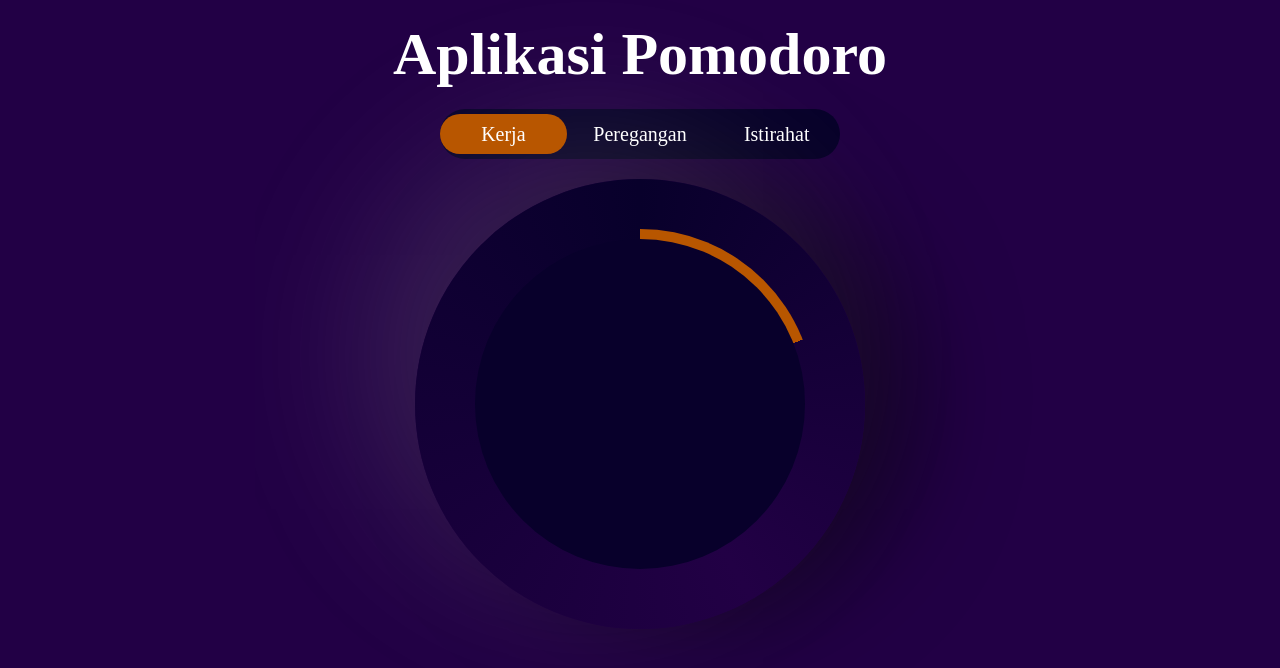
Repository: sellayspy/aplikasiPomodoro
Page: /
An editor plug-in stored every save of this project. The page is shown before and after the next save, followed by the edit.
The browser window is 1280 px wide. The pictures show the whole page.
The project was rebuilt for these pictures with package versions that can differ from the ones it lists, and the page was loaded fresh each time. Also part of the build but not shown: vite.config.js.

Above is the page before, as saved 2024-11-25 14:14:17.

### index.html
<!DOCTYPE html>
<html lang="en">
  <head>
    <meta charset="UTF-8" />
    <link rel="icon" type="image/svg+xml" href="/vite.svg" />
    <meta name="viewport" content="width=device-width, initial-scale=1.0" />
    <title>Aplikasi Pomodoro</title>
  </head>
  <body>
    <div id="root"></div>
    <script type="module" src="/src/main.jsx"></script>
  </body>
</html>

### src/main.jsx
import { StrictMode } from "react";
import { createRoot } from "react-dom/client";
import { createGlobalStyle, ThemeProvider } from "styled-components";
import App from "./App.jsx";

const GlobalStyle = createGlobalStyle`

*{
  margin: 0;
  padding: 0;
  box-sizing: border-box;
}

  html,body{
    background-color: ${(props) => props.theme.colors.bg};;
    font-size: 62.5%;
  }

  body{
    font-size: 1.6rem;
    color: white;
  }

`;

const theme = {
  colors: {
    primary: "#b85600",
    secondary: "#08002b",
    bg: "#220045",
  },
};

createRoot(document.getElementById("root")).render(
  <StrictMode>
    <ThemeProvider theme={theme}>
      <GlobalStyle />
      <App />
    </ThemeProvider>
  </StrictMode>
);

### src/App.jsx
import styled from "styled-components";
import Judul from "./components/Judul";
import Timer from "./components/Timer";

function App() {
  return (
    <>
      <Title>Aplikasi Pomodoro</Title>
      <Judul />
      <Timer />
    </>
  );
}

export default App;

const Title = styled.h1`
  font-size: 6rem;
  padding: 2rem 0;
  text-align: center;
`;

### src/components/Judul.jsx
import styled, { css } from "styled-components";
import { useState } from "react";

const Judul = () => {
  const [active, setActive] = useState(0);

  const handleJudulClick = (index) => {
    setActive(index);
  };
  return (
    <JudulContainer>
      {["Kerja", "Peregangan", "Istirahat"].map((tag, i) => (
        <Tag onClick={() => handleJudulClick(i)} active={active === i} key={i}>
          {tag}
        </Tag>
      ))}
    </JudulContainer>
  );
};

export default Judul;

const JudulContainer = styled.div`
  background: ${(props) => props.theme.colors.secondary};
  height: 5rem;
  width: 40rem;
  margin: 0 auto;
  border-radius: 5rem;
  display: flex;
  gap: 1rem;
  align-items: center;
`;

const Tag = styled.button`
  all: unset;
  height: 4rem;
  text-align: center;
  border-radius: 5rem;
  flex: 1;
  font-size: 2rem;

  ${({ active }) =>
    active &&
    css`
      background: ${(props) => props.theme.colors.primary};
    `}
`;

### src/components/Timer.jsx
import styled from "styled-components";
import TimerProgress from "./TimerProgress";

const Timer = () => {
  return (
    <TimerContainer>
      <TimerProgress />
    </TimerContainer>
  );
};

export default Timer;

const TimerContainer = styled.div`
  background: conic-gradient(
    ${(props) => props.theme.colors.secondary},
    ${(props) => props.theme.colors.bg} 150deg,
    ${(props) => props.theme.colors.secondary}
  );

  width: 45rem;
  height: 45rem;

  margin: 2rem auto;
  border-radius: 50%;
  display: grid;
  place-items: center;
  box-shadow: -50px -50px 150px rgba(158, 158, 158, 0.2),
    50px -10px 100px rgba(0, 0, 0, 0.5);
`;

### src/components/TimerProgress.jsx
import { useState } from "react";
import { RiProgress1Fill } from "react-icons/ri";
import styled from "styled-components";

const TimerProgress = () => {
  const [progress, setProgress] = useState(19);

  return (
    <OuterCircle progress={progress}>
      <InnerCircle></InnerCircle>
    </OuterCircle>
  );
};

export default TimerProgress;

const OuterCircle = styled.div`
  width: 35rem;
  height: 35rem;

  border-radius: 50%;
  display: grid;
  place-items: center;
  background: conic-gradient(
    ${(props) => props.theme.colors.primary} ${({ progress }) => progress}%,
    transparent ${({ progress }) => progress}%
  );
`;

const InnerCircle = styled.div`
  width: 33rem;
  height: 33rem;
  background: ${(props) => props.theme.colors.secondary};

  border-radius: 50%;
  display: grid;
  place-items: center;
`;

After the next save:
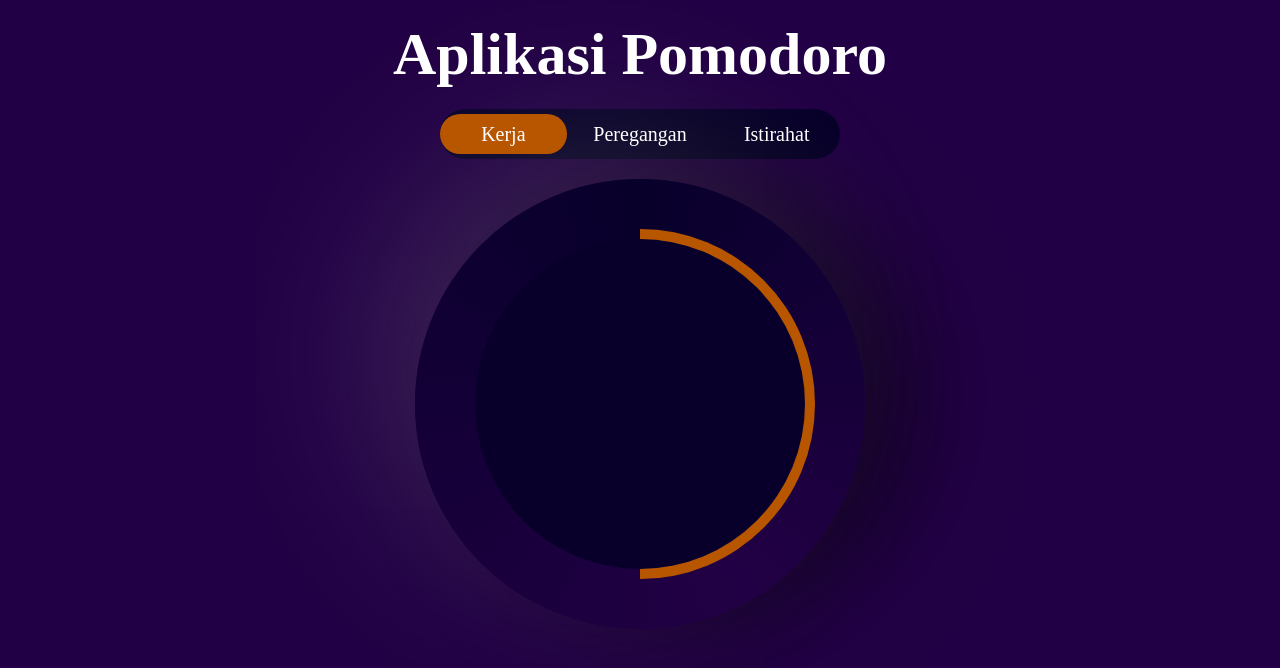
Saved 8 s later.
--- a/src/components/TimerProgress.jsx
+++ b/src/components/TimerProgress.jsx
@@ -3,7 +3,7 @@ import { RiProgress1Fill } from "react-icons/ri";
 import styled from "styled-components";
 
 const TimerProgress = () => {
-  const [progress, setProgress] = useState(19);
+  const [progress, setProgress] = useState(50);
 
   return (
     <OuterCircle progress={progress}>
